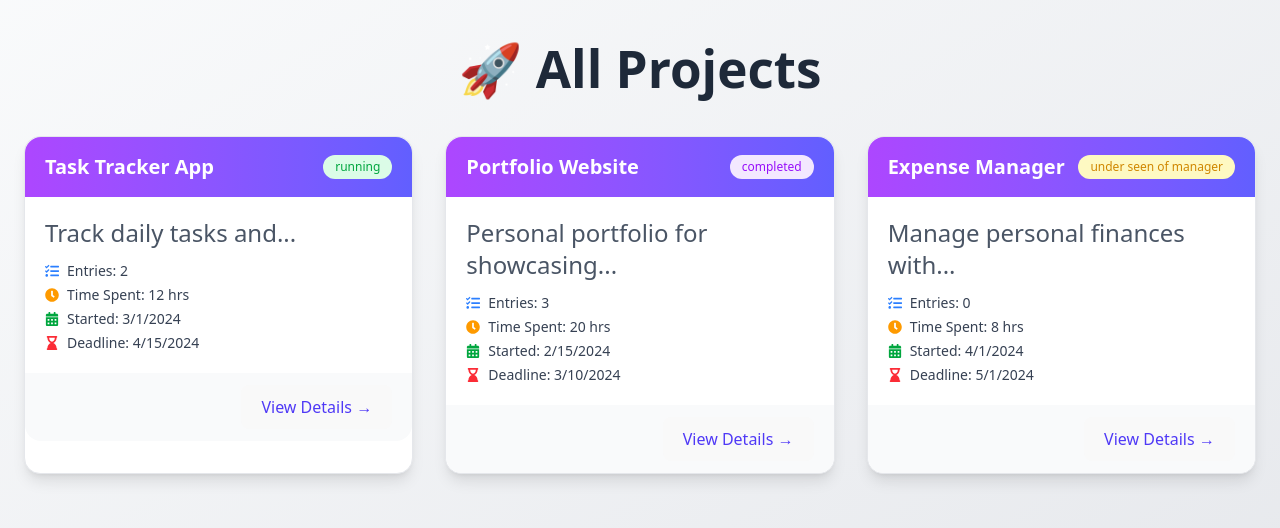
Repository: mohitagrawal0412/Workify
Page: /projects (app in client/)
These files come from the project's save history. The page is drawn as it stood at one moment and after a run of saves; the edit follows.
The browser window is 1280 px wide. The pictures show the whole page.
The project was rebuilt for these pictures with package versions that can differ from the ones it lists, and the page was loaded fresh each time. Also part of the build but not shown: client/vite.config.js, client/src/Components/Dashboard/Dashboard.jsx, client/src/Components/Dashboard/ProjectDetails.jsx.

Above is the page before, as saved 2025-04-15 10:06:21.

After the next 3 saves:
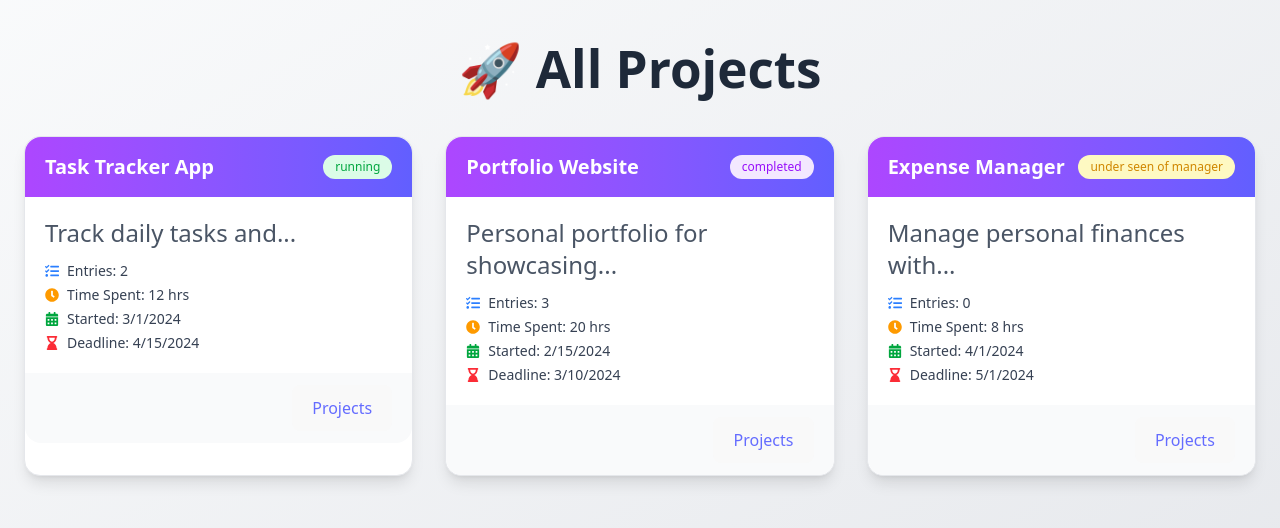
The 3 saves are shown as one change because they came seconds apart.
The last was saved 2 min 3 s later.
--- a/client/src/Components/Dashboard/AllProjects.jsx
+++ b/client/src/Components/Dashboard/AllProjects.jsx
@@ -111,12 +111,13 @@ const AllProjects = () => {
                         {/* Footer */}
                         <div className="bg-gray-50 px-5 py-3 rounded-b-2xl text-right">
                             {/* View Details Button */}
-                            <button
+                            {/* <button
                                 onClick={() => handleViewDetails(project._id)} // Handle click with navigation
                                 className="text-sm text-indigo-600 hover:underline font-medium"
                             >
                                 View Details →
-                            </button>
+                            </button> */}
+                            <button> <Link to="/projects" className="hover:text-purple-600">Projects</Link></button>
                         </div>
                     </div>
                 ))}
